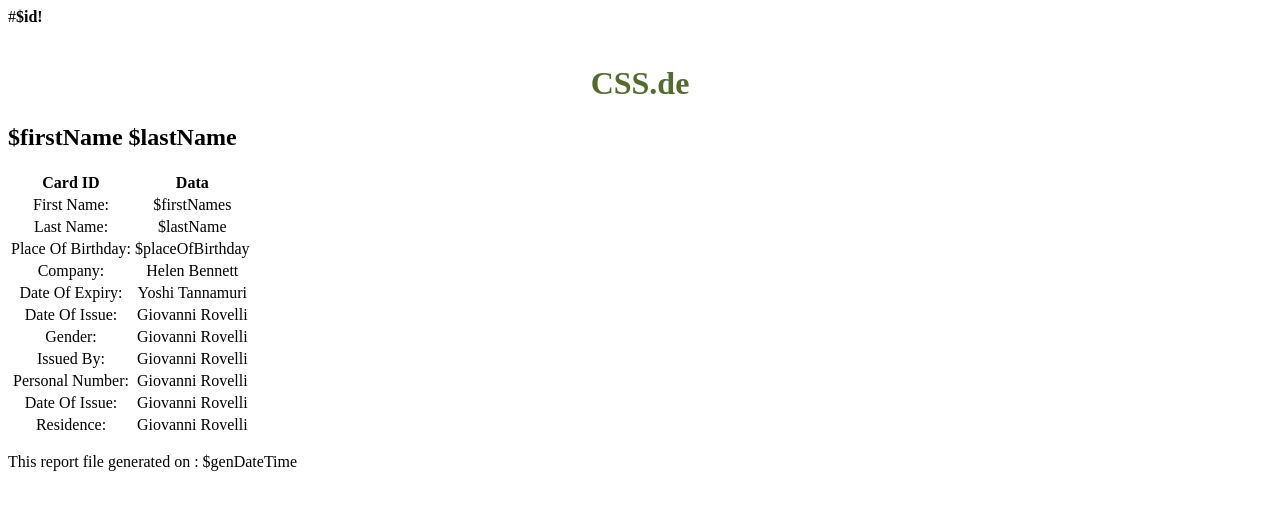
Repository: Len2/Topic4
Page: src/main/resources/templates/PDF_template.html
The author's editor kept a copy of each file at every save. The page is drawn from the files as they stood at one save, then again after a run of saves.
The browser window is 1280 px wide. The pictures show the whole page.

Above is the page before, as saved 2020-09-07 11:09:30.

### src/main/resources/templates/PDF_template.html
<!DOCTYPE html>
<html>
<body>
#<b>$id!</b>
<br/>
<br/>
<div style="color: darkolivegreen; text-align: center;">
    <h1>CSS.de</h1>
</div>


<h2>$firstName $lastName</h2>
<div style="text-align: center;">
    <table>
        <tr>
          <th>Card ID</th>
          <th>Data</th>
        </tr>

        <tr>
          <td>First Name:</td>
          <td>$firstNames</td>
        </tr>
        <tr>
          <td>Last Name:</td>
          <td>$lastName</td>
        </tr>
        <tr>
          <td>Place Of Birthday:</td>
          <td>$placeOfBirthday</td>
        </tr>
        <tr>
          <td>Company:</td>
          <td>Helen Bennett</td>
        </tr>
        <tr>
          <td>Date Of Expiry:</td>
          <td>Yoshi Tannamuri</td>

        </tr>
        <tr>
          <td>Date Of Issue:</td>
          <td>Giovanni Rovelli</td>
        </tr>
        <tr>
          <td>Gender:</td>
          <td>Giovanni Rovelli</td>
        </tr>
        <tr>
          <td>Issued By:</td>
          <td>Giovanni Rovelli</td>
        </tr>
        <tr>
          <td>Personal Number:</td>
          <td>Giovanni Rovelli</td>
        </tr>
        <tr>
          <td>Date Of Issue:</td>
          <td>Giovanni Rovelli</td>
        </tr>
        <tr>
          <td>Residence:</td>
          <td>Giovanni Rovelli</td>
        </tr>
      </table>
</div>


<p>This report file generated on : $genDateTime</p>
</body>
</html>

After the next 5 saves:
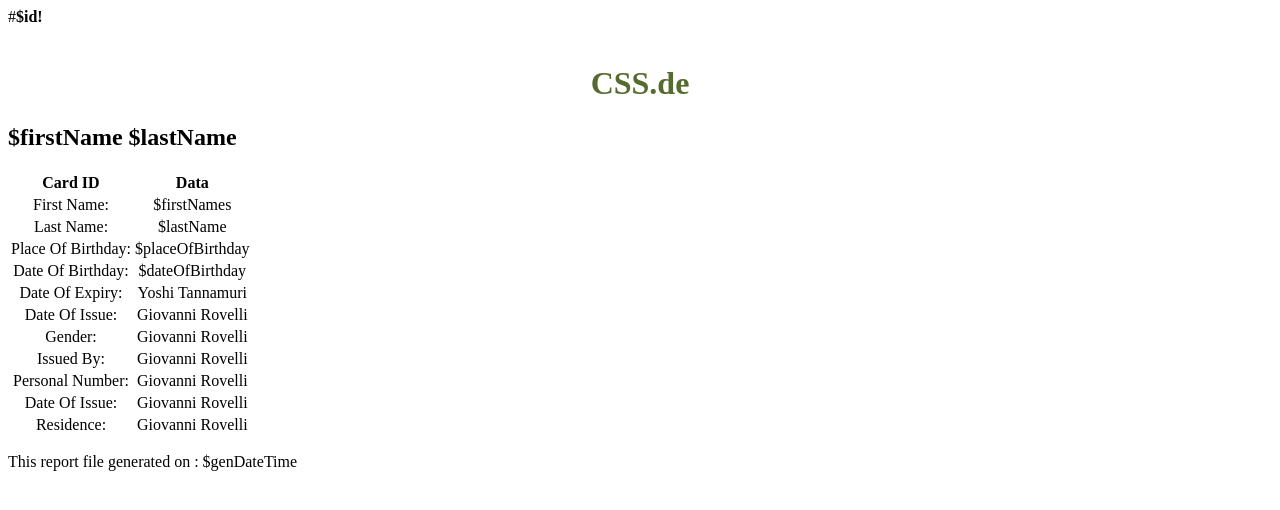
The 5 saves are shown as one change because they came seconds apart.
The last was saved 9 min 53 s later.
--- a/src/main/resources/templates/PDF_template.html
+++ b/src/main/resources/templates/PDF_template.html
@@ -30,8 +30,8 @@
           <td>$placeOfBirthday</td>
         </tr>
         <tr>
-          <td>Company:</td>
-          <td>Helen Bennett</td>
+          <td>Date Of Birthday:</td>
+          <td>$dateOfBirthday</td>
         </tr>
         <tr>
           <td>Date Of Expiry:</td>
